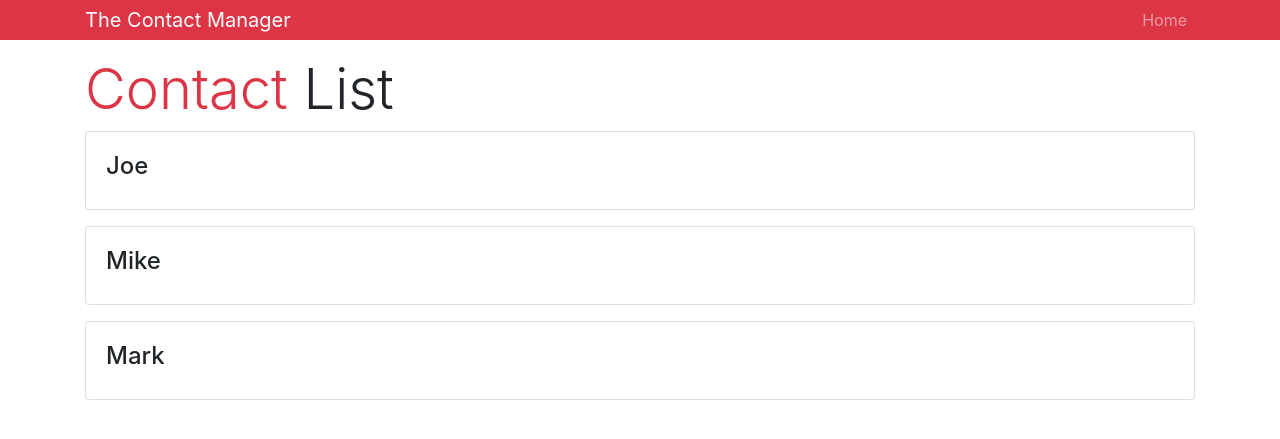
Repository: MikeTroianello/Contact-Manager
Page: /
These files come from the project's save history. The page is drawn as it stood at one moment and after the next save; the edit follows.
The browser window is 1280 px wide. The pictures show the whole page.
The project was rebuilt for these pictures with package versions that can differ from the ones it lists, and the page was loaded fresh each time. Also part of the build but not shown: src/components/pages/About.js, src/components/layout/TextInputGroup.js, src/components/contacts/AddContact.js, src/App.css.

Above is the page before, as saved 2019-05-22 21:49:19.

After the next save:
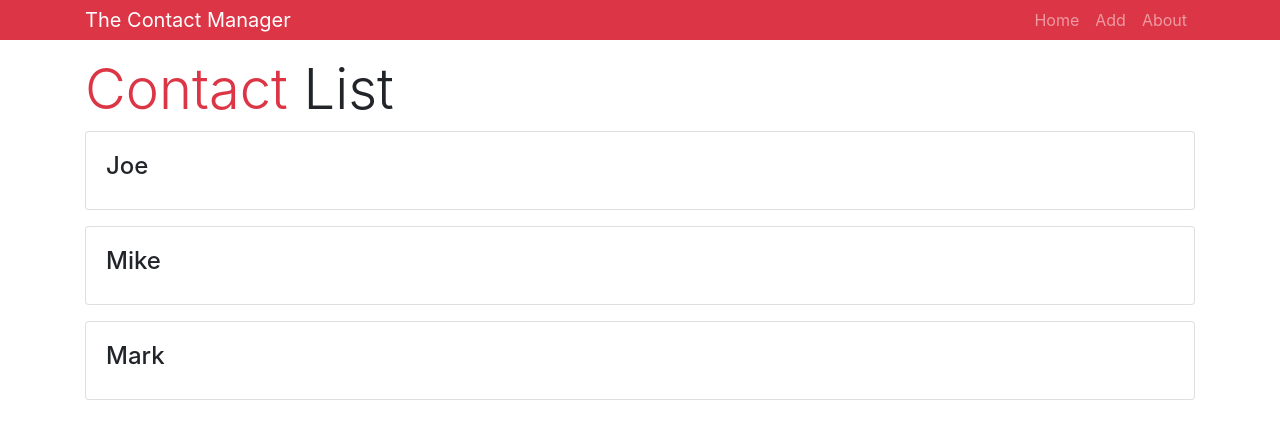
Saved 5 min 55 s later.
--- a/src/components/layout/Header.js
+++ b/src/components/layout/Header.js
@@ -17,6 +17,16 @@ const Header = props => {
                 Home
               </Link>
             </li>
+            <li className="nav-item">
+              <Link to="/contact/add" className="nav-link">
+                Add
+              </Link>
+            </li>
+            <li className="nav-item">
+              <Link to="/about" className="nav-link">
+                About
+              </Link>
+            </li>
           </ul>
         </div>
       </div>
